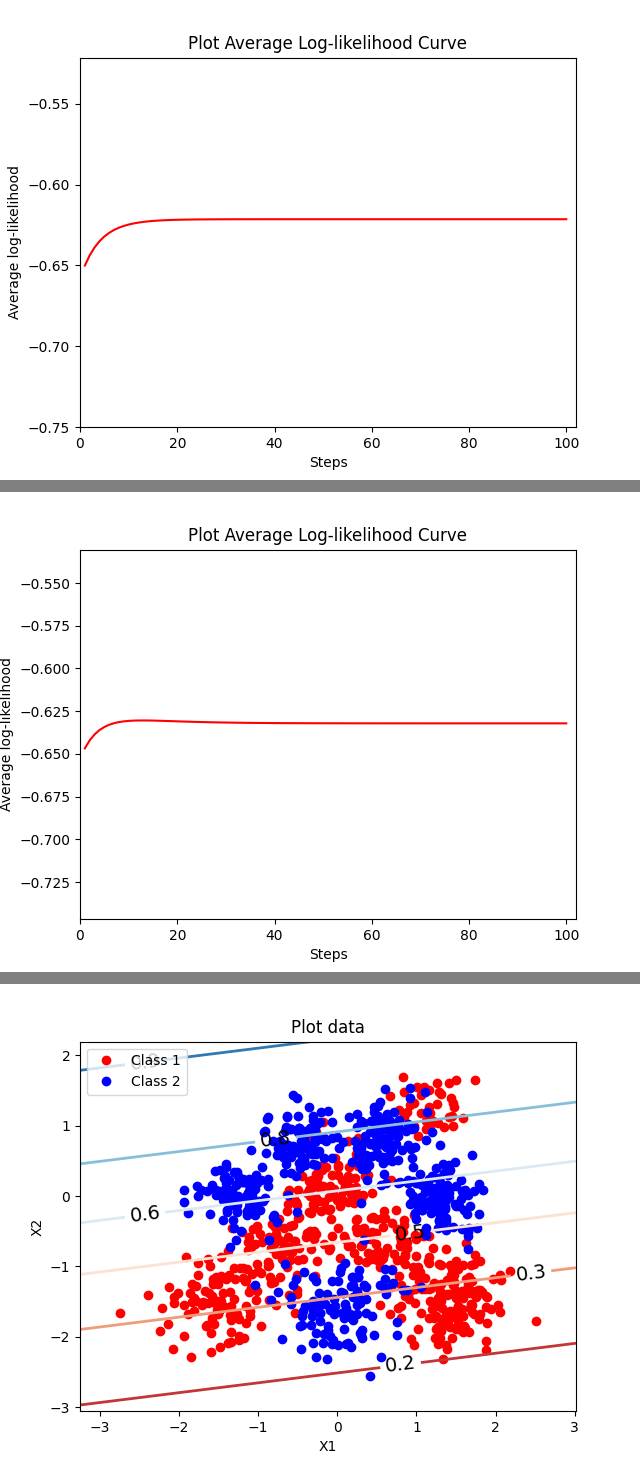
Repository: DhruvTrehan03/3F8
Script's output: python Lab.py
An editor plug-in stored every save of this project. The script's output is shown before and after a run of saves, followed by the edit.
Each picture stacks the figures in order, with grey between them; figures that are only written to a file come last. Random numbers start from a fixed seed.

Above is the script's output before, as saved 2024-02-16 12:34:11.

After the next 3 saves:
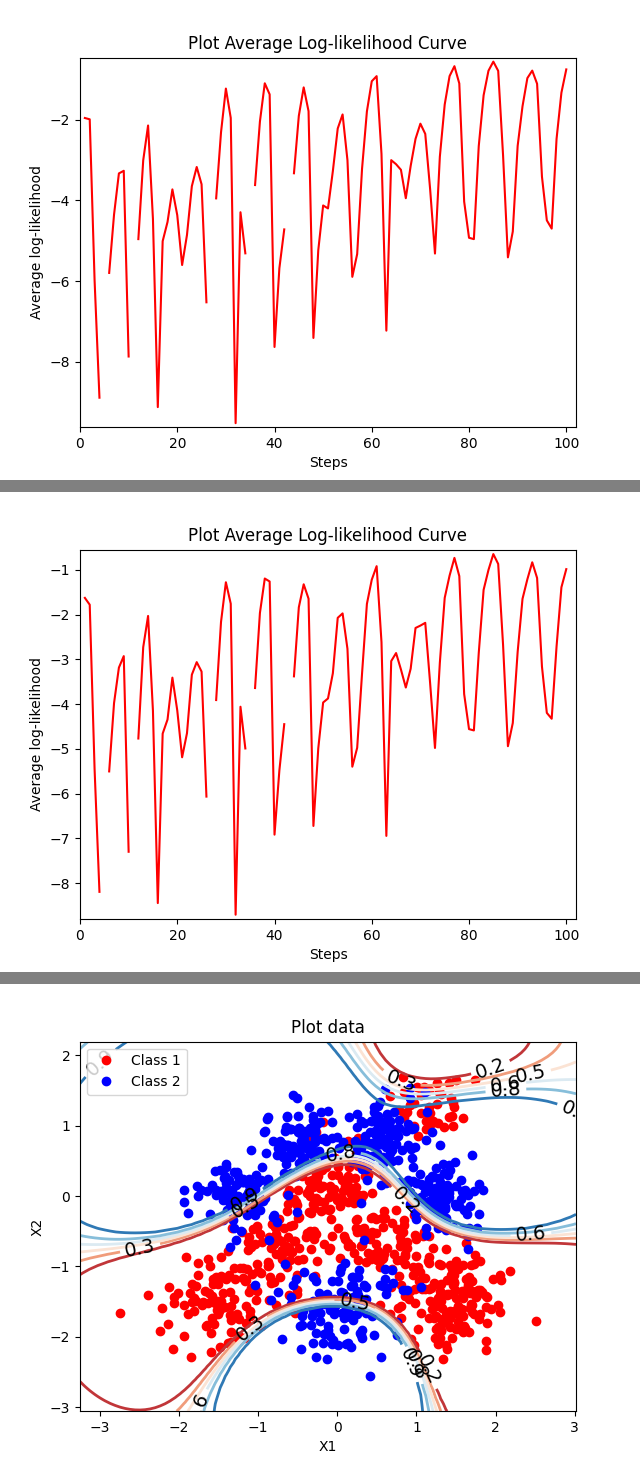
The 3 saves are shown as one change because 2 did not build or start.
The last was saved 7 min 47 s later.
--- a/Lab.py
+++ b/Lab.py
@@ -83,6 +83,25 @@ def evaluate_basis_functions(l, X, Z):
     r2 = np.outer(X2, ones_Z) - 2 * np.dot(X, Z.T) + np.outer(ones_X, Z2)
     return np.exp(-0.5 / l**2 * r2)
 
+def conf_mat(y_test, X_tilde_test, w):
+    z = (predict(X_tilde_test, w)>0.5)
+    P_0_0 = 0
+    P_1_0 = 0
+    P_0_1 = 0
+    P_1_1 = 0
+    for i in range(len(y_test)):
+        if y_test[i] == 0:
+            if z[i] == 0:
+                P_0_0 += 1
+            elif z[i] == 1:
+                P_1_0 += 1
+        if y_test[i] == 1:
+            if z[i] == 0:
+                P_0_1 += 1
+            elif z[i] == 1:
+                P_1_1 += 1
+    print(np.array([[P_0_0/200, P_1_0/200],[P_0_1/200, P_1_1/200]]))
+
 X = np.loadtxt('X.txt')
 y = np.loadtxt('y.txt')
 permutation = np.random.permutation(X.shape[ 0 ])
@@ -95,37 +114,33 @@ X_test = X[ n_train :, : ]
 y_train = y[ 0 : n_train ]
 y_test = y[ n_train : ]
 
-Eta = 0.001
-Max_it = 100
+# Eta = 0.001
+# Max_it = 100
 
-X_tilde_train = get_x_tilde(X_train)
-X_tilde_test = get_x_tilde(X_test)
-w, ll_train, ll_test = fit_w(X_tilde_train, y_train, X_tilde_test, y_test, Max_it, Eta)
+# X_tilde_train = get_x_tilde(X_train)
+# X_tilde_test = get_x_tilde(X_test)
+# w, ll_train, ll_test = fit_w(X_tilde_train, y_train, X_tilde_test, y_test, Max_it, Eta)
+# plot_ll(ll_train)
+# plot_ll(ll_test)
+# plot_predictive_distribution(X, y, w)
+
+l = 1 # Width of the Gaussian basis funcction. To be completed by the student
+
+X_tilde_train = get_x_tilde(evaluate_basis_functions(l, X_train, X_train))
+X_tilde_test = get_x_tilde(evaluate_basis_functions(l, X_test, X_train))
+
+# We train the new classifier on the feature expanded inputs
+
+alpha = 0.001 # Learning rate for gradient-based optimisation with basis functions. To be completed by the student
+n_steps = 100 # Number of steps of gradient-based optimisation with basis functions. To be completed by the student
+
+w, ll_train, ll_test = fit_w(X_tilde_train, y_train, X_tilde_test, y_test, n_steps, alpha)
+
+# We plot the training and test log likelihoods
+
 plot_ll(ll_train)
 plot_ll(ll_test)
-plot_predictive_distribution(X, y, w)
 
-z = (predict(X_tilde_test, w)>0.5)
+# We plot the predictive distribution
 
-P_0_0 = 0
-P_1_0 = 0
-P_0_1 = 0
-P_1_1 = 0
-for i in range(len(y_test)):
-    if y_test[i] == 0:
-        if z[i] == 0:
-            P_0_0 += 1
-        elif z[i] == 1:
-            P_1_0 += 1
-    if y_test[i] == 1:
-        if z[i] == 0:
-            P_0_1 += 1
-        elif z[i] == 1:
-            P_1_1 += 1
-
-print (P_0_0/200, "P(0|0)")
-print (P_1_0/200, "P(1|0)")
-print (P_0_1/200, "P(0|1)")
-print (P_1_1/200, "P(1|1)")
-
-print(np.array([[P_0_0/200, P_1_0/200],[P_0_1/200, P_1_1/200]]))
+plot_predictive_distribution(X, y, w, lambda x : evaluate_basis_functions(l, x, X_train))
